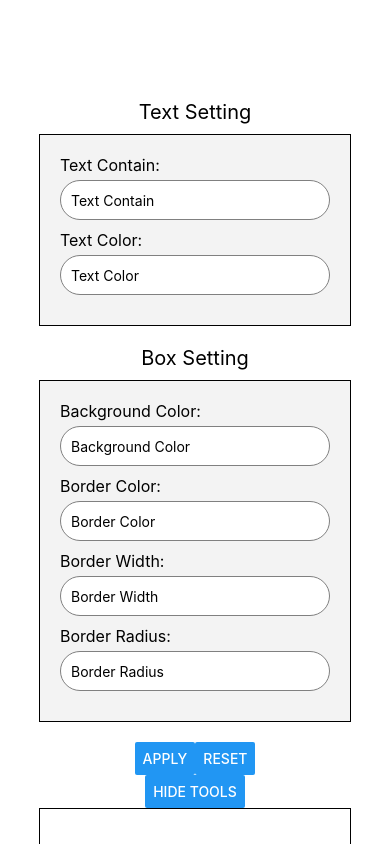
Repository: amirjavadikia/mobile-projectg
Screen: /
These files come from the project's save history. The screen is drawn as it stood at one moment and after the next save; the edit follows.
An inner scrolling area shows only its first screen. The app was drawn by React Native's web renderer in a window 390 px wide. The project was rebuilt for these pictures with package versions that can differ from the ones it lists, and the page was loaded fresh each time.

Above is the screen before, as saved 2024-05-13 23:05:18.

After the next save:
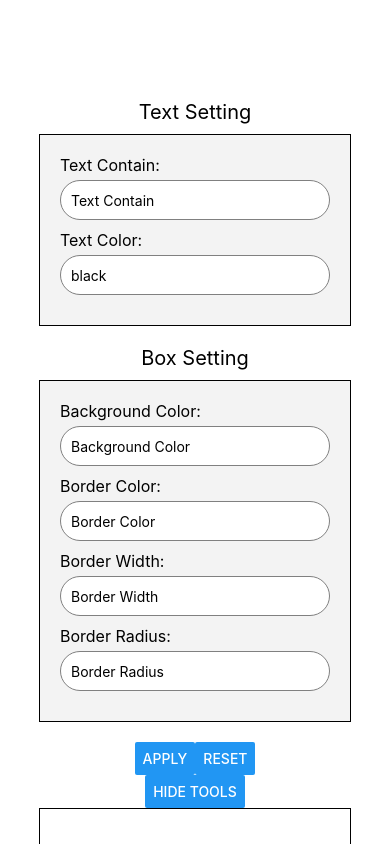
Saved 89 s later.
--- a/App.tsx
+++ b/App.tsx
@@ -98,7 +98,7 @@
   const [text, setText] = useState('');
   const [showTools, setShowTools] = useState(true);
   const [newText, setNewText] = useState('');
-  const [newTextColor, setNewTextColor] = useState('');
+  const [newTextColor, setNewTextColor] = useState('black');
   const [newBackgroundColor, setNewBackgroundColor] = useState('');
   const [newBorderColor, setNewBorderColor] = useState('');
   const [newBorderWidth, setNewBorderWidth] = useState('');

After the save that followed:
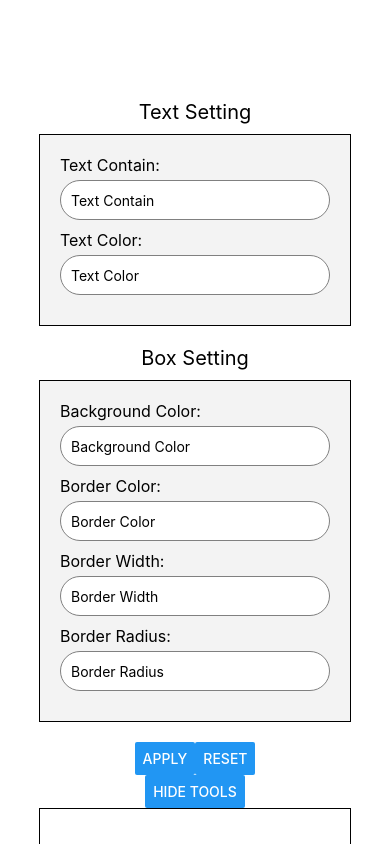
Saved 8 s later.
--- a/App.tsx
+++ b/App.tsx
@@ -98,7 +98,7 @@
   const [text, setText] = useState('');
   const [showTools, setShowTools] = useState(true);
   const [newText, setNewText] = useState('');
-  const [newTextColor, setNewTextColor] = useState('black');
+  const [newTextColor, setNewTextColor] = useState('');
   const [newBackgroundColor, setNewBackgroundColor] = useState('');
   const [newBorderColor, setNewBorderColor] = useState('');
   const [newBorderWidth, setNewBorderWidth] = useState('');
